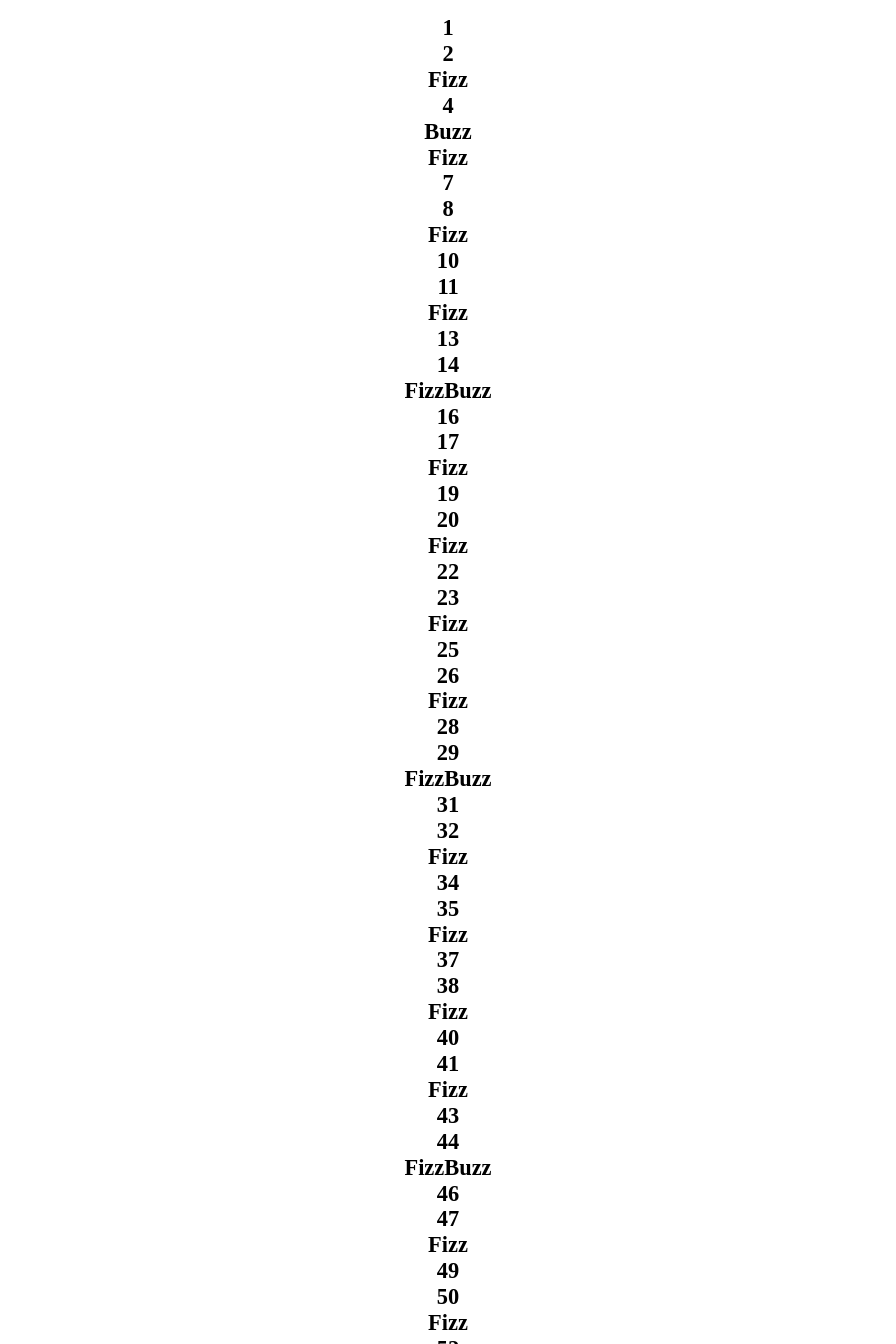
Repository: Lexscher/PHP-practice
Page: http://localhost/
The author's editor kept a record of every edit. The page is drawn from the files as they stood at one moment, then again after the next edit.
The browser window is 1280 px wide. The pictures show the part of the page from y = 0 to 1920 px (the page is 3706 px tall), at 70% of full size.
The page is run by PHP 8.4 with error messages shown; the project is at /var/www/html/.

Above is the page before.

After the next edit:
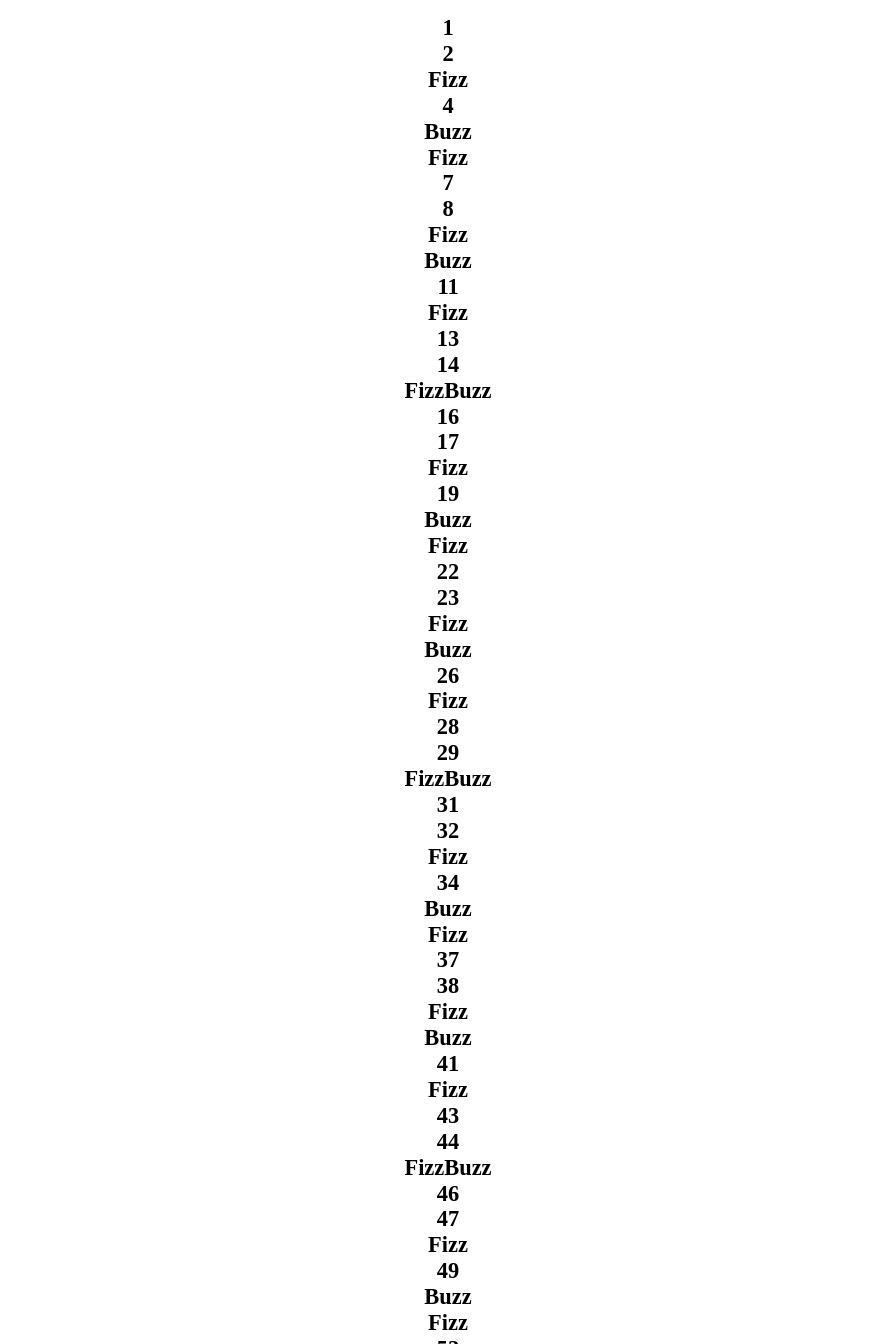
The edit:
--- a/index.php
+++ b/index.php
@@ -20,7 +20,7 @@
                         echo "FizzBuzz";
                     elseif ($a % 3 == 0) :
                         echo "Fizz";
-                     elseif ($a == 5) :
+                     elseif ($a % 5 == 0) :
                         echo "Buzz";
                     else :
                         echo $a;
